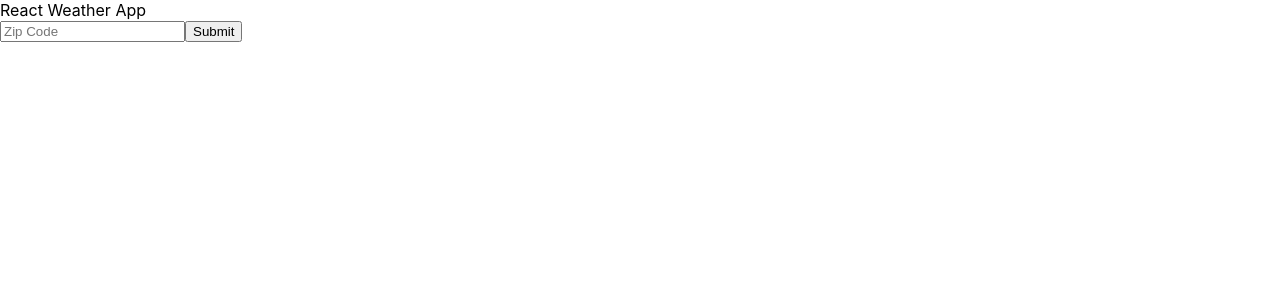
Repository: ellier7/weather-app
Page: /
These files come from the project's save history. The page is drawn as it stood at one moment and after the next save; the edit follows.
The browser window is 1280 px wide. The pictures show the whole page.
The project was rebuilt for these pictures with package versions that can differ from the ones it lists, and the page was loaded fresh each time. Also part of the build but not shown: src/App.css.

Above is the page before, as saved 2021-12-30 15:47:25.

### src/App.tsx
import React from "react";
import "./App.css";
import ZipCode from "./components/ZipCode";

function App() {
  return (
    <div className="App">
      <header className="App-header">React Weather App</header>
      <ZipCode />
    </div>
  );
}

export default App;

### src/components/ZipCode.tsx
import React, { FormEvent, useState } from "react";
import { getZip, WeatherData } from "../api";

function ZipCode() {
  const [zip, setZip] = useState<number>(0);
  const [weather, setWeather] = useState<WeatherData>({
    name: "",
    weather: [],
  });

  function handleSubmit(e: FormEvent<HTMLFormElement>) {
    e.preventDefault();
    getZip(zip).then((res) => {
      setWeather({
        name: res.name,
        weather: res.weather,
      });
      console.log(weather);
    });
  }
  return (
    <>
      <form onSubmit={handleSubmit}>
        <input
          type="number"
          placeholder="Zip Code"
          onChange={(e) => setZip(e.target.value as any)}
        />
        <button type="submit">Submit</button>
      </form>
      {weather.name}
      {weather.weather.map((w) => {
        return <div>{w.description}</div>;
      })}
    </>
  );
}

export default ZipCode;

### src/api.tsx
import axios from "axios";

export interface Weather {
  id: string;
  main: string;
  description: string;
  icon: string;
}

export interface WeatherData {
  name: string;
  weather: Weather[];
}
const API_KEY = "1b6e23c302f427a659f4078a03855e00";
export const getZip = async (zip: number): Promise<WeatherData> => {
  const url = `https://api.openweathermap.org/data/2.5/weather?zip=${zip}&appid=${API_KEY}`;

  const res = await axios.get(url);
  let w: WeatherData = {
    weather: res.data.weather,
    name: res.data.name,
  };

  return w;
};

Loaded but not shown: public/index.html (common file); src/index.tsx (common file); src/index.css (common file)

After the next save:
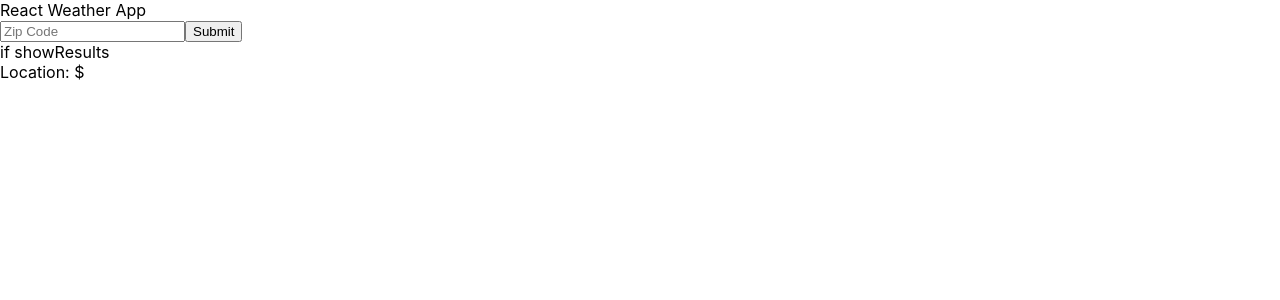
Saved 2 min 54 s later.
--- a/src/components/ZipCode.tsx
+++ b/src/components/ZipCode.tsx
@@ -3,6 +3,7 @@
 
 function ZipCode() {
   const [zip, setZip] = useState<number>(0);
+  const [showResults, setShowResults] = useState<boolean>(false);
   const [weather, setWeather] = useState<WeatherData>({
     name: "",
     weather: [],
@@ -15,7 +16,7 @@
         name: res.name,
         weather: res.weather,
       });
-      console.log(weather);
+      setShowResults(true);
     });
   }
   return (
@@ -28,10 +29,7 @@
         />
         <button type="submit">Submit</button>
       </form>
-      {weather.name}
-      {weather.weather.map((w) => {
-        return <div>{w.description}</div>;
-      })}
+      if showResults {<div>Location: ${weather.name}</div>}
     </>
   );
 }

After the save that followed:
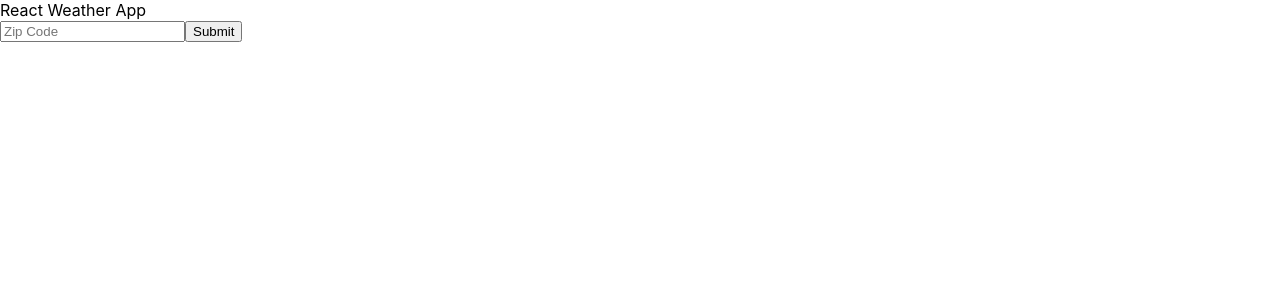
Saved 113 s later.
--- a/src/components/ZipCode.tsx
+++ b/src/components/ZipCode.tsx
@@ -29,7 +29,11 @@
         />
         <button type="submit">Submit</button>
       </form>
-      if showResults {<div>Location: ${weather.name}</div>}
+
+      {weather.name ? `Location: ${weather.name}` : null}
+      {weather.weather.map((w) => {
+        return <div>{w.description}</div>;
+      })}
     </>
   );
 }
